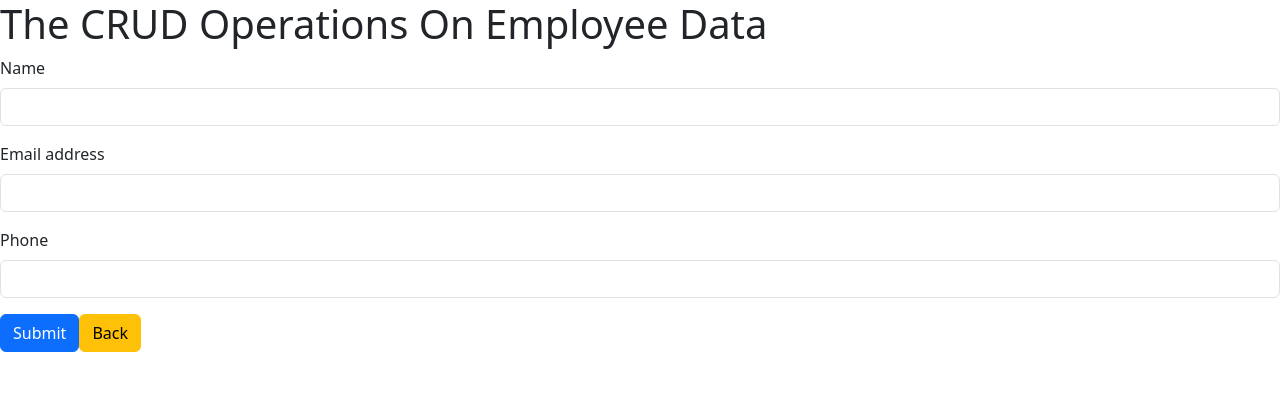
Repository: suraj-yadav7/CRUD_Emp_Data
Page: /employee/create
These files come from the project's save history. The page is drawn as it stood at one moment and after the next save; the edit follows.
The browser window is 1280 px wide. The pictures show the whole page.
The project was rebuilt for these pictures with package versions that can differ from the ones it lists, and the page was loaded fresh each time. Also part of the build but not shown: src/App.css, src/components/EmpDetails.jsx, src/components/EmpEdit.jsx, src/components/Employee.jsx.

Above is the page before, as saved 2023-06-11 11:44:03.

### src/index.js
import React from 'react';
import ReactDOM from 'react-dom/client';
import './index.css';
import App from './App';
import "../node_modules/bootstrap/dist/css/bootstrap.min.css"

const root = ReactDOM.createRoot(document.getElementById('root'));
root.render(
  <React.StrictMode>
    <App />
  </React.StrictMode>
);

### src/App.js
import './App.css';
import EmpCreate from './components/EmpCreate';
import EmpDetails from './components/EmpDetails';
import EmpEdit from './components/EmpEdit';
import Employee from './components/Employee';
import { BrowserRouter as Router, Routes, Route } from 'react-router-dom';
function App() {
  return (
    <>
    <h1>The CRUD Operations On Employee Data</h1>
    <Router>

    <Routes>
      <Route exact path='/'  element={ <Employee />} />
      <Route exact path='/employee/create/'  element={<EmpCreate/>} />
      <Route exact path='/employee/edit/id'  element={<EmpEdit/>} />
      <Route exact path='/employee/details/id'  element={<EmpDetails/>} />
      <Route exact path='/*'  element={<h1>Page Not Found</h1>} />
    </Routes>
    </Router>

    </>
  );
}

export default App;

### src/components/EmpCreate.jsx
import React from 'react'

const EmpCreate = () => {
    return (
        <>
            <form>
            <div className="mb-3">
                    <label for="exampleInputText1" className="form-label">Name</label>
                    <input type="text" className="form-control" id="exampleInputText1" aria-describedby="emailHelp"/>
                </div>
                <div className="mb-3">
                    <label for="exampleInputEmail1" className="form-label">Email address</label>
                    <input type="email" className="form-control" id="exampleInputEmail1" aria-describedby="emailHelp"/>
                </div>
                <div className="mb-3">
                    <label for="exampleInputNumber1" className="form-label">Phone</label>
                    <input type="number" className="form-control" id="exampleInputNumber1"/>
                </div>
                <button type="submit" className="btn btn-primary">Submit</button>
                <button  className="btn btn-warning">Back</button>
            </form>
        </>
    )
}

export default EmpCreate

Loaded but not shown: public/index.html (common file); src/index.css (common file)

After the next save:
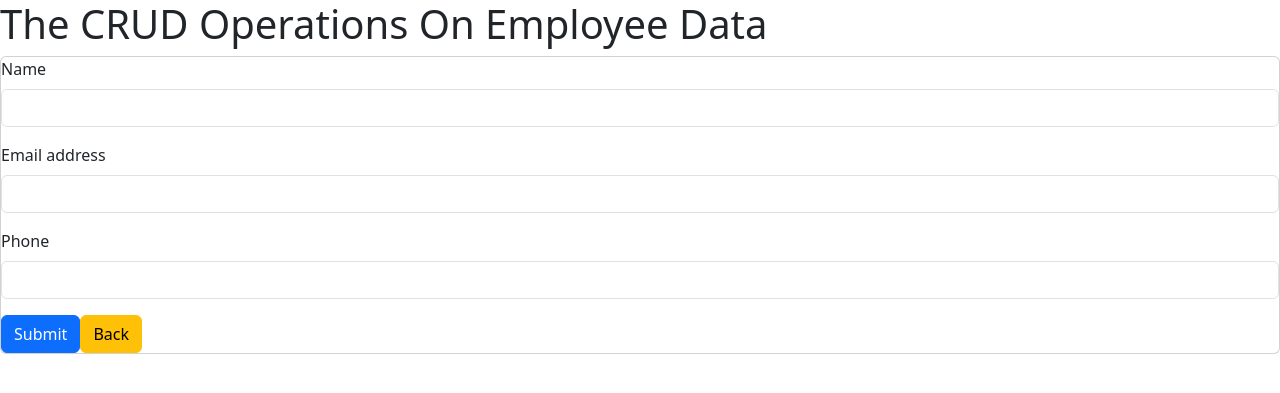
Saved 38 s later.
--- a/src/components/EmpCreate.jsx
+++ b/src/components/EmpCreate.jsx
@@ -3,6 +3,8 @@ import React from 'react'
 const EmpCreate = () => {
     return (
         <>
+        <div className='card'>
+
             <form>
             <div className="mb-3">
                     <label for="exampleInputText1" className="form-label">Name</label>
@@ -19,6 +21,7 @@ const EmpCreate = () => {
                 <button type="submit" className="btn btn-primary">Submit</button>
                 <button  className="btn btn-warning">Back</button>
             </form>
+        </div>
         </>
     )
 }
